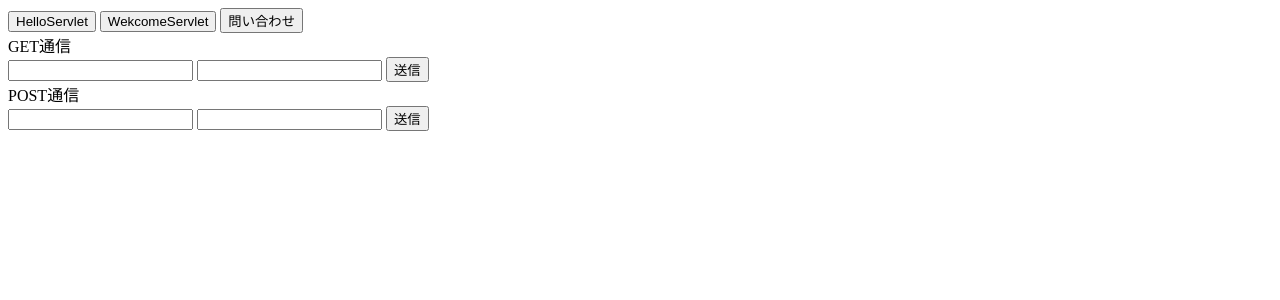
Repository: takanoko/test
Page: http://localhost/HelloServlet/
The author's editor kept a copy of each file at every save. The page is drawn from the files as they stood at one save, then again after the next save.
The browser window is 1280 px wide. The pictures show the whole page.
The page is served by Tomcat 9.

Above is the page before, as saved 2019-04-12 10:22:51.

After the next save:
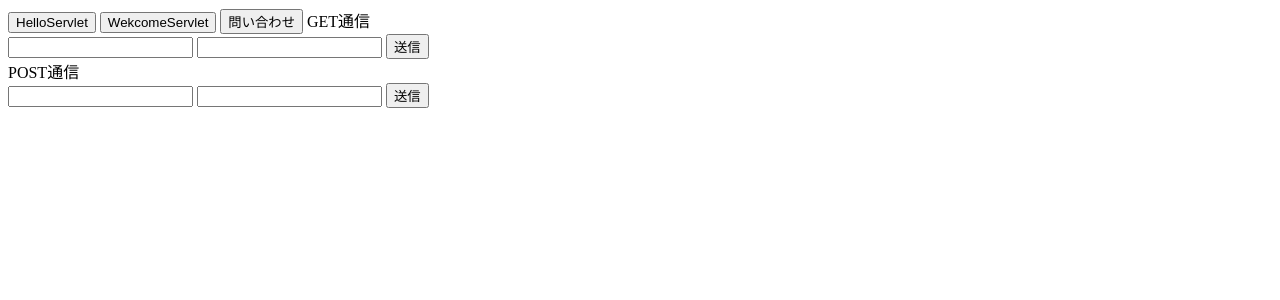
Saved 5 min 31 s later.
--- a/HelloServlet/WebContent/index.jsp
+++ b/HelloServlet/WebContent/index.jsp
@@ -10,7 +10,8 @@
 
 <input type="button" value="HelloServlet" onClick="location.href='HelloServlet'">
 <input type="button" value="WekcomeServlet" onClick="location.href='welcome.jsp'">
-<input type="button" value="問い合わせ" onClick="location.href='inquiry.jsp'"><br>
+<input type="button" value="問い合わせ" onClick="location.href='inquiry.jsp'">
+<imput type="button" value="MySQLServlet" onClick="location.href='MySQLServlet'">
 GET通信
 <form method="get" action="TestServlet">
 <input type="text" name="username">
